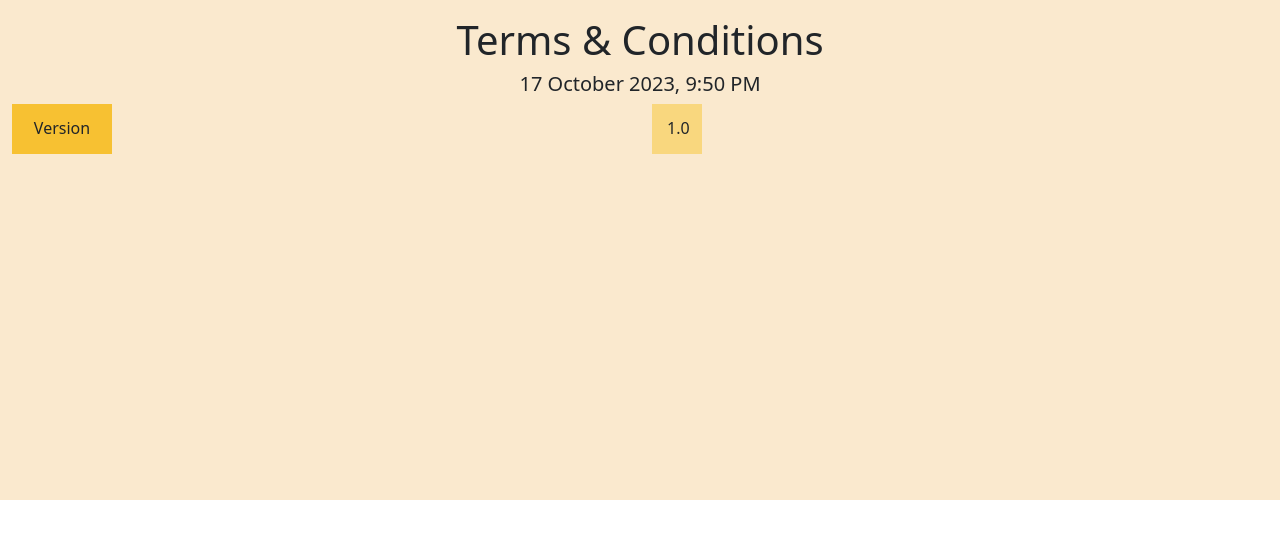
Repository: injectGroup/github.io
Page: terms.html
These files come from the project's save history. The page is drawn as it stood at one moment and after the next save; the edit follows.
The browser window is 1280 px wide. The pictures show the whole page.

Above is the page before, as saved 2023-11-29 13:55:09.

### terms.html
<!doctype html>
<html lang="en">

<head>
    <meta charset="utf-8">
    <meta name="viewport" content="width=device-width, initial-scale=1">
    <title>Bootstrap demo</title>
    <!-- GOULD CUSTOM CSS-->
    <link rel="stylesheet" href="/gouldwalletlegal/css/gouldcustom.css">
    <!--- BOOTSTRAP CDN -->
    <link href="https://cdn.jsdelivr.net/npm/bootstrap@5.3.2/dist/css/bootstrap.min.css" rel="stylesheet"
        integrity="sha384-T3c6CoIi6uLrA9TneNEoa7RxnatzjcDSCmG1MXxSR1GAsXEV/Dwwykc2MPK8M2HN" crossorigin="anonymous">
</head>

<body>
    <!-- Content here -->
    <div class="container-fluid text-center terms-content">
        <div class="row align-items-center">
            <div class="col align-self-center">
                <h1 class="text-center">
                    Terms & Conditions
                </h1>
            </div>
        </div>
        <div class="row align-items-center">
            <h5 class="version-date">
                17 October 2023, 9:50 PM
            </h5>
            <div class="col align-self-center">
                <h6 class="version">
                    Version
                </h6>
            </div>
            <div class="col">
                <h6 class="version-number">1.0</h6>
            </div>
        </div>
    </div>
    <!-- BOOTSTRAP JS-->
    <script src="https://cdn.jsdelivr.net/npm/bootstrap@5.3.2/dist/js/bootstrap.bundle.min.js"
        integrity="sha384-C6RzsynM9kWDrMNeT87bh95OGNyZPhcTNXj1NW7RuBCsyN/o0jlpcV8Qyq46cDfL"
        crossorigin="anonymous"></script>
</body>

</html>

### gouldwalletlegal/css/gouldcustom.css
/*
 *AUTHOR: Abdulkadir Mohammed @ Inject
 *DATE: Wed 29 November 2023
  *
 *This is a custom css for gould wallet.
 */
/*****************************
 *********** HEAD ***********
 *****************************/
.terms-content {
    background-color: #FAE9CE;
    padding: 16px 0px 16px 0px;
    height: 500px;
    width: 100%;
    padding-right: 15px;
    padding-left: 15px;
    margin-right: auto;
    margin-left: auto;
    display: block;
    box-sizing: border-box;
}

.version {
    width: 100px;
    background-color: #F7C132;
    padding: 15px;
    width: 100px !important;
    height: 50px !important;
}

.version-number {
    background-color: #F9D77E;
    padding: 15px;
    width: 50px !important;
    height: 50px !important;
}


/*****************************
  *********** BODY ***********
 *****************************/

/*****************************
 *********** FOOTER ***********
*****************************/

After the next save:
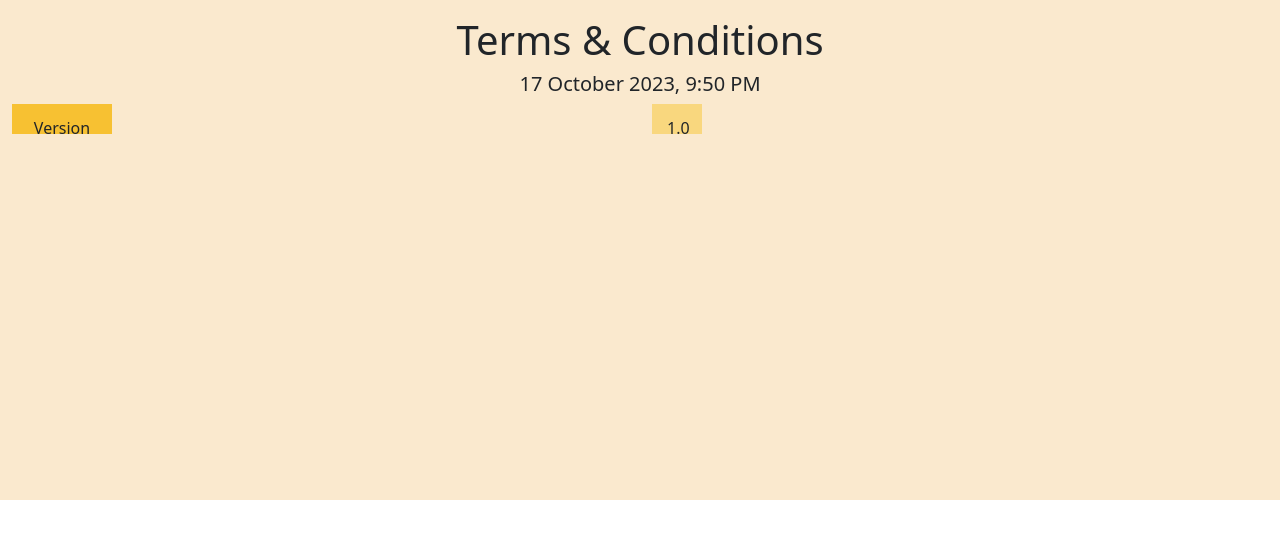
Saved 12 min 4 s later.
--- a/gouldwalletlegal/css/gouldcustom.css
+++ b/gouldwalletlegal/css/gouldcustom.css
@@ -25,14 +25,14 @@
     background-color: #F7C132;
     padding: 15px;
     width: 100px !important;
-    height: 50px !important;
+    height: 30px !important;
 }
 
 .version-number {
     background-color: #F9D77E;
     padding: 15px;
     width: 50px !important;
-    height: 50px !important;
+    height: 30px !important;
 }
 
 
